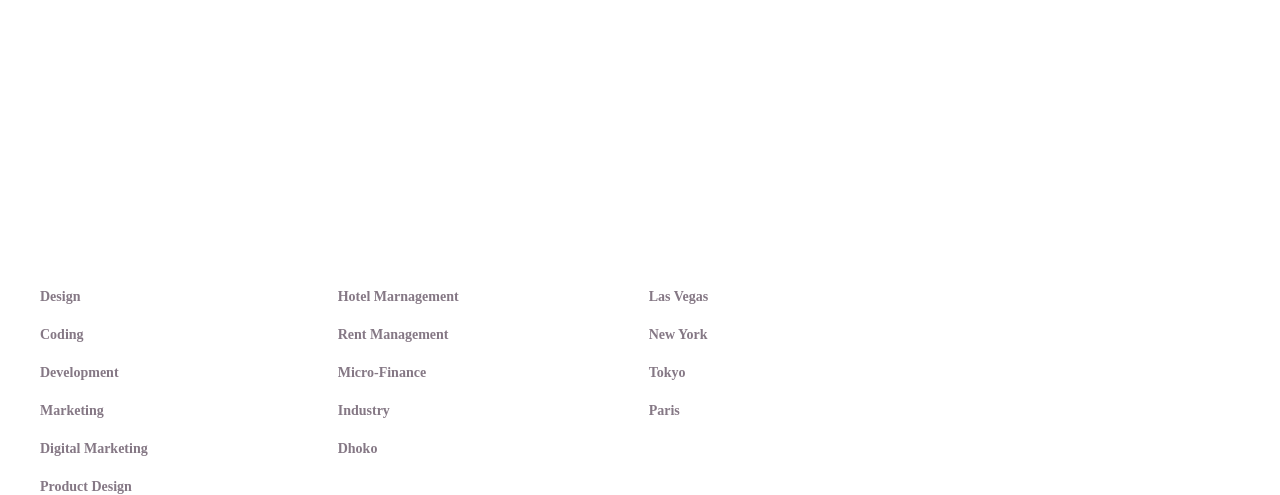
Repository: jabbarbergenoov/mobile-bling-py
Page: idnex.html
These files come from the project's save history. The page is drawn as it stood at one moment and after the next save; the edit follows.
The browser window is 1280 px wide. The pictures show the part of the page from y = 548 to 1044 px (the page is 1043 px tall before and 1044 px after).
A picture or video elsewhere on the page could not be fetched, so the positions and the page height are approximate.

Above is the page before, as saved 2025-04-17 18:51:16.

After the next save:
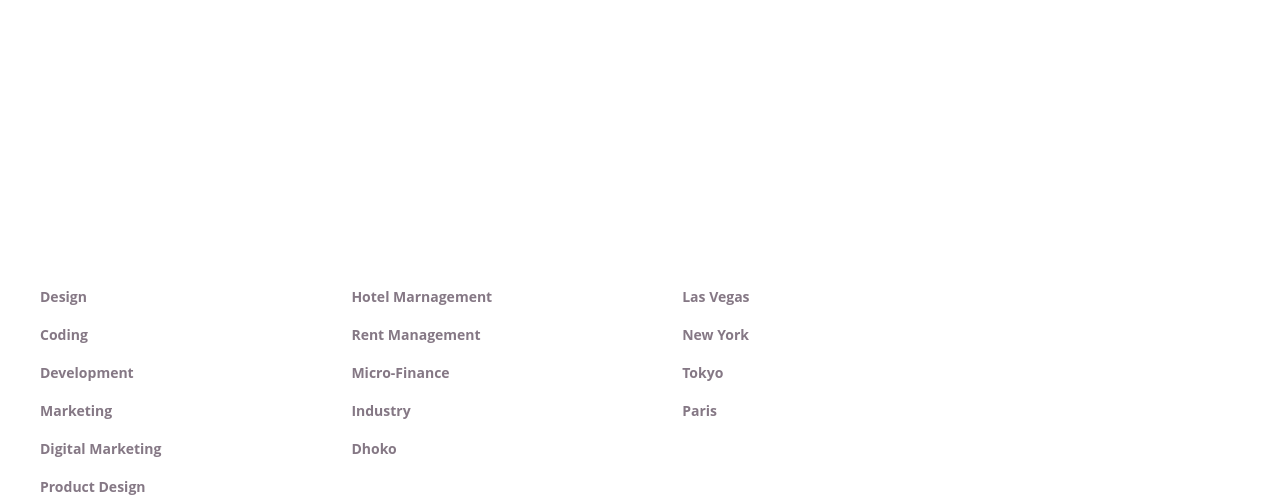
Saved 5 s later.
--- a/style/styl.css
+++ b/style/styl.css
@@ -52,7 +52,7 @@
   }
   .texts {
     color: rgb(133, 120, 133);
-    font-family: O;
+    font-family: Open Sans;
     font-size: 14px;
     font-weight: 700;
     line-height: 128.6%;
